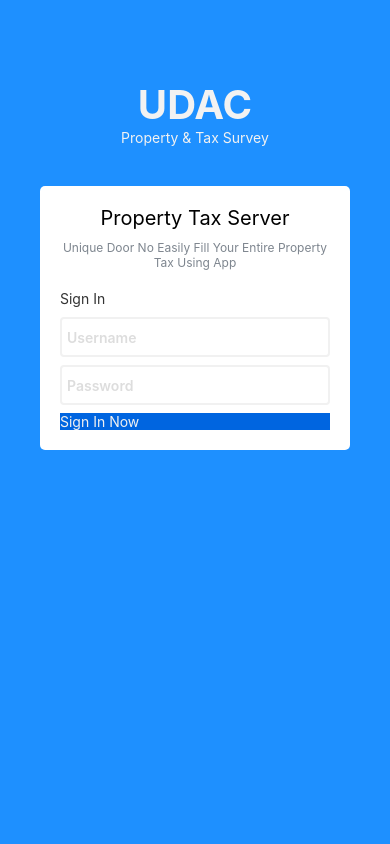
Repository: metalysm/BasicLoginPage
Screen: /
These files come from the project's save history. The screen is drawn as it stood at one moment and after the next save; the edit follows.
The app was drawn by React Native's web renderer in a window 390 px wide. The project was rebuilt for these pictures with package versions that can differ from the ones it lists, and the page was loaded fresh each time.

Above is the screen before, as saved 2019-12-05 16:26:00.

### App.js

import React, { Component } from 'react';
import Login from './src/pages/Login';
import { StyleSheet } from 'react-native';

export default class App extends Component {
  render() {
    return (
      <Login />
    );
  }
};



const styles = StyleSheet.create({

});

### src/pages/Login.js

import React, { Component } from 'react';
import {
    StyleSheet,
    View,
    Text,
    KeyboardAvoidingView
} from 'react-native';
import LoginForm from '../pages/LoginForm';

export default class Login extends Component {
    render() {
        return (
            <View style={styles.container}>
                <View style={styles.headBackground} />

                <KeyboardAvoidingView behavior={"position"}>
                <View>
                    <Text style={styles.logo}>UDAC</Text>
                    <Text style={styles.logoDescription}>Property & Tax Survey</Text>
                </View>
                <View style={styles.loginArea}>
                    <Text style={styles.loginAreaTitle}>Property Tax Server</Text>
                    <Text style={styles.loginAreaDesc}>
                        Unique Door No Easily Fill Your Entire Property Tax Using App
                    </Text>
                <LoginForm/>
                </View>
                </KeyboardAvoidingView>
            </View>
        );
    }
};

const styles = StyleSheet.create({
    container: {
        flex: 1,
        backgroundColor: '#F5FCFF',
        paddingVertical: 80
    },
    headBackground: {
        position: 'absolute',
        top: 0,
        left: 0,
        height: '100%',
        width: '100%',
        backgroundColor: '#1e90ff'
    },
    logo: {
        textAlign: 'center',
        fontSize: 40,
        fontWeight: 'bold',
        color: '#f2f2f2'
    },
    logoDescription: {
        textAlign: 'center',
        color: '#f2f2f2',
    },
    loginArea: {
        marginHorizontal: 40,
        marginVertical: 40,
        backgroundColor: '#fff',
        padding: 20,
        borderRadius: 5,
        // SHADOW TANIMLARI SADECE IOS TA VARDIR.
        /* GÖLGELENDİRME
        shadowColor:'black',
        shadowOpacity: .2, //0 ile 1 arasında bir rakam girilir.
        shadowRadius: 3,
        shadowOffset: {
          width: 0,
          height: 2
        }*/
        elevation: 4
    },
    loginAreaTitle: {
        fontSize: 20,
        textAlign: 'center'
    },
    loginAreaDesc: {
        fontSize: 12,
        color: '#7e868f',
        marginVertical: 10,
        textAlign: 'center'
    }
});

### src/pages/LoginForm.js
import React, { Component } from 'react';
import { StyleSheet, Text, View} from 'react-native';
import Input from '../components/Input';
import MyButton from '../components/MyButton';

export default class LoginForm extends Component {
    render() {
        return (
            <View>
                <Text style={styles.signInText}>Sign In</Text>
                <Input
                    placeholder="Username"
                    autoCapitalize="none"
                    onSubmitEditing={()=>this.passwordInput.focus()}
                />
                <Input
                    placeholder="Password"
                    secureTextEntry={true}
                    inputRef={input => this.passwordInput = input}
                />
                <MyButton
                    textColor={"#f1f1f1"}
                    text={"Sign In Now"}
                    bgColor={"#0065e0"}
                />
            </View>
        );
    }//autoCapitalize baş harfi büyük yapmayı kapadık.
}; //securetextentry şifreyi gizli yapmamızı sağladı.



const styles = StyleSheet.create({
    signInText: {
        marginVertical: 10,
        fontSize: 14,
        color: '#333'
    }

});

### src/components/Input.js
import React, { Component } from 'react';
import { StyleSheet,TextInput,View} from 'react-native';


export default class Input extends Component {
    state={
        text:''
    };
  render() {
    return (
        <View>
            <TextInput
            {...this.props}
            placeholderTextColor = "#ddd"
            style={styles.input}
            value={this.state.text}
            ref={this.props.inputRef}
            onChangeText={text => this.setState({text})}
            />
        </View>
    ); //{...this.props} => loginformdaki <Input> içerisindeki
  }    // bütün her şeyi al buraya yerleştir demek.
};


const styles = StyleSheet.create({
    input: {
        height:40,
        paddingHorizontal:5,
        borderRadius:4,
        borderWidth:2,
        borderColor:'#f1f1f1',
        fontSize:14,
        color:'#999',
        marginBottom:8,
        fontWeight:'600'
    }

});

### src/components/MyButton.js
import React, { Component } from 'react';
import { StyleSheet, Text, TouchableOpacity} from 'react-native';
import PropTypes from 'prop-types';

export default class MyButton extends Component {
    render() {
        return (
            <TouchableOpacity
            style={[styles.button,
            {backgroundColor: this.props.bgColor}]}>
                <Text style ={{ color: this.props.textColor}}>{this.props.text}</Text>
            </TouchableOpacity>
        );
    }//autoCapitalize baş harfi büyük yapmayı kapadık.
}; //securetextentry şifreyi gizli yapmamızı sağladı.

MyButton.propTypes = {
    text: PropTypes.string.isRequired,
    bgColor: PropTypes.string,
    textColor: PropTypes.string
};

const styles = StyleSheet.create({
    button: {

    }
});

After the next save:
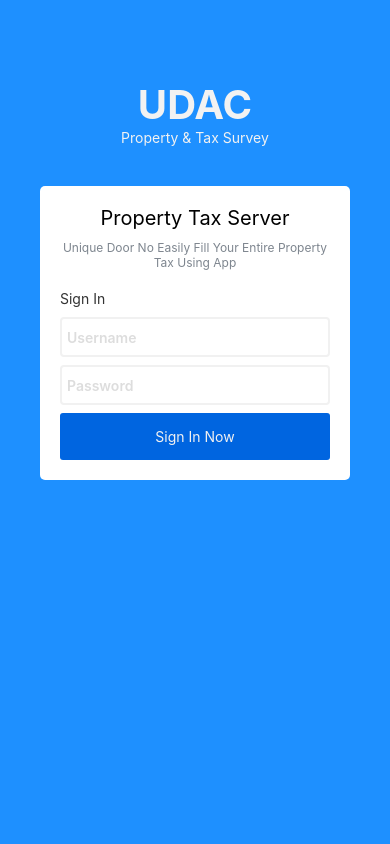
Saved 2 min 5 s later.
--- a/src/components/MyButton.js
+++ b/src/components/MyButton.js
@@ -22,6 +22,13 @@ MyButton.propTypes = {
 
 const styles = StyleSheet.create({
     button: {
+        paddingHorizontal: 10,
+        paddingVertical: 15,
+        borderRadius:3,
+        alignItems:'center'
 
+    },
+    text:{
+        fontSize:14
     }
 });
